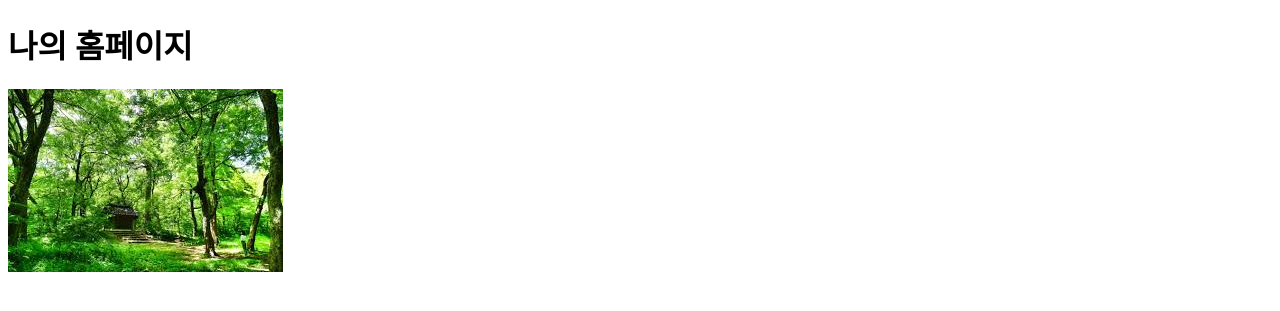
Repository: solsol7/ddit-html
Page: webpro/WebContent/0622/0622homework.html
The author's editor kept a copy of each file at every save. The page is drawn from the files as they stood at one save, then again after the next save.
The browser window is 1280 px wide. The pictures show the whole page.

Above is the page before, as saved 2023-06-22 10:51:02.

After the next save:
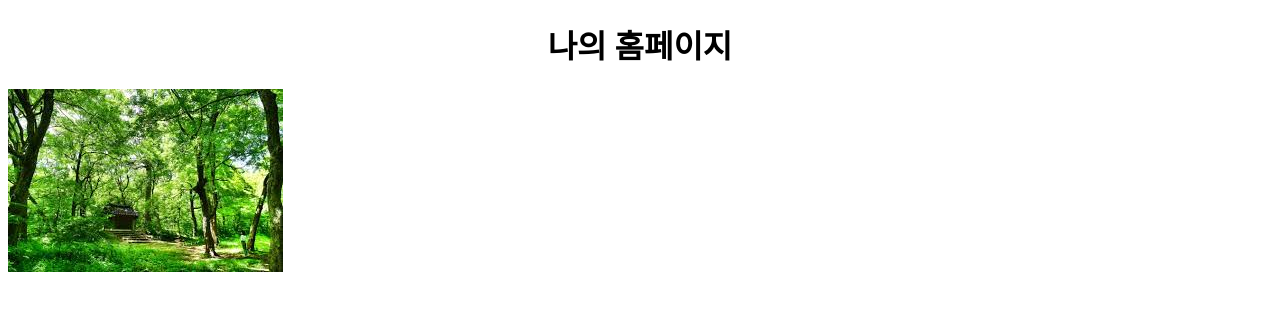
Saved 30 s later.
--- a/webpro/WebContent/0622/0622homework.html
+++ b/webpro/WebContent/0622/0622homework.html
@@ -3,6 +3,14 @@
 <head>
 <meta charset="UTF-8">
 <title>Insert title here</title>
+
+<style>
+h1{
+	text-align: center;
+}
+
+</style>
+
 </head>
 <body>
 

After the save that followed:
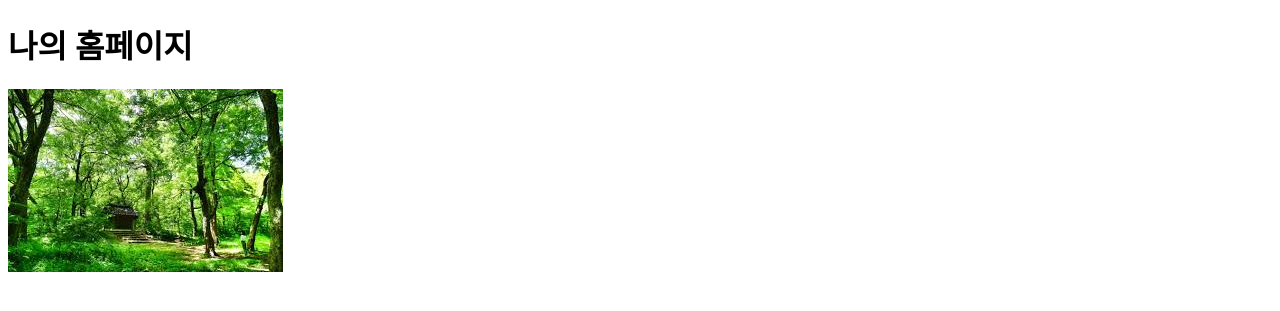
Saved 40 s later.
--- a/webpro/WebContent/0622/0622homework.html
+++ b/webpro/WebContent/0622/0622homework.html
@@ -5,9 +5,6 @@
 <title>Insert title here</title>
 
 <style>
-h1{
-	text-align: center;
-}
 
 </style>
 
